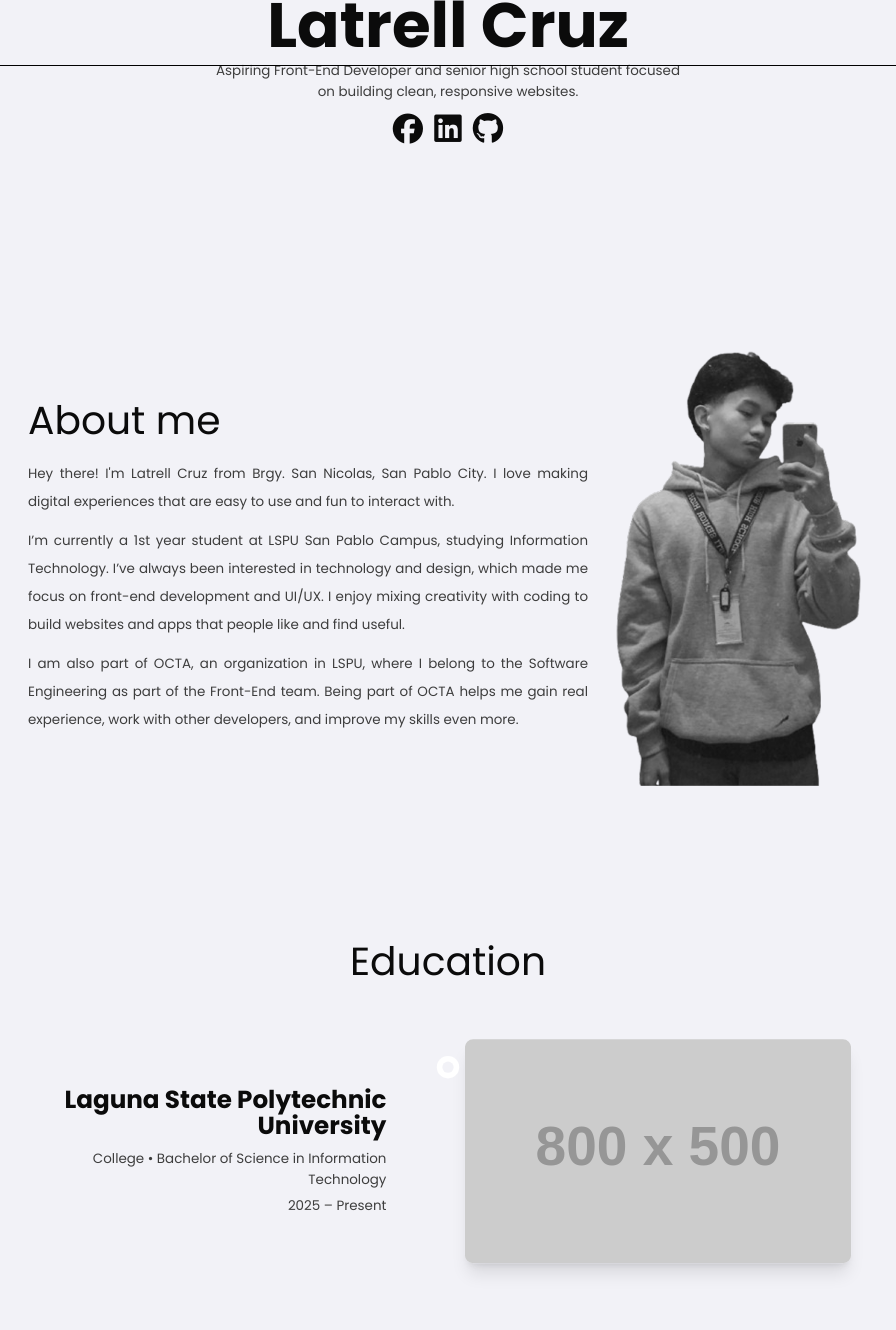
Repository: Latrell26/Portfolio-schoolProject
Page: /
The author's editor kept a copy of each file at every save. The page is drawn from the files as they stood at one save, then again after the next save.
The browser window is 1280 px wide. The pictures show the part of the page from y = 272 to 2172 px (the page is 6276 px tall), at 70% of full size.
Pictures or frames that could not be fetched are drawn as grey boxes. The project was rebuilt for these pictures with package versions that can differ from the ones it lists, and the page was loaded fresh each time. Also part of the build but not shown: svelte.config.js, vite.config.js.

Above is the page before, as saved 2026-01-02 22:24:44.

After the next save:
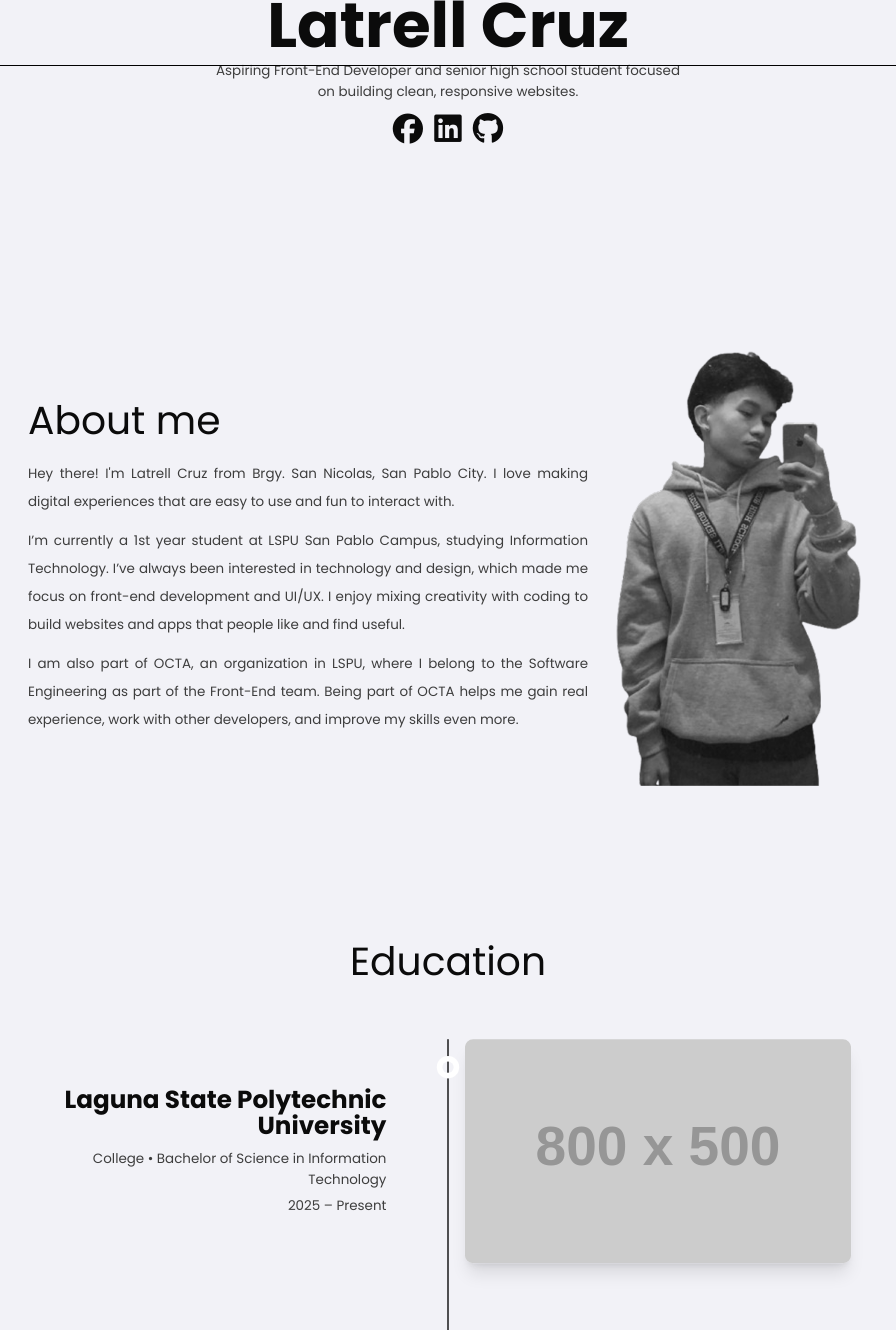
Saved 8 s later.
--- a/src/App.svelte
+++ b/src/App.svelte
@@ -85,7 +85,7 @@
     <h2 class="text-center mb-20">Education</h2>
 
     <div class="relative">
-      <div class="absolute left-1/2 transform -translate-x-1/2 w-0.5 h-full hidden lg:block"></div>
+      <div class="absolute left-1/2 transform -translate-x-1/2 w-0.5 bg-dark h-full hidden lg:block"></div>
 
       <div class="space-y-0">
         {#each education as edu, i}
